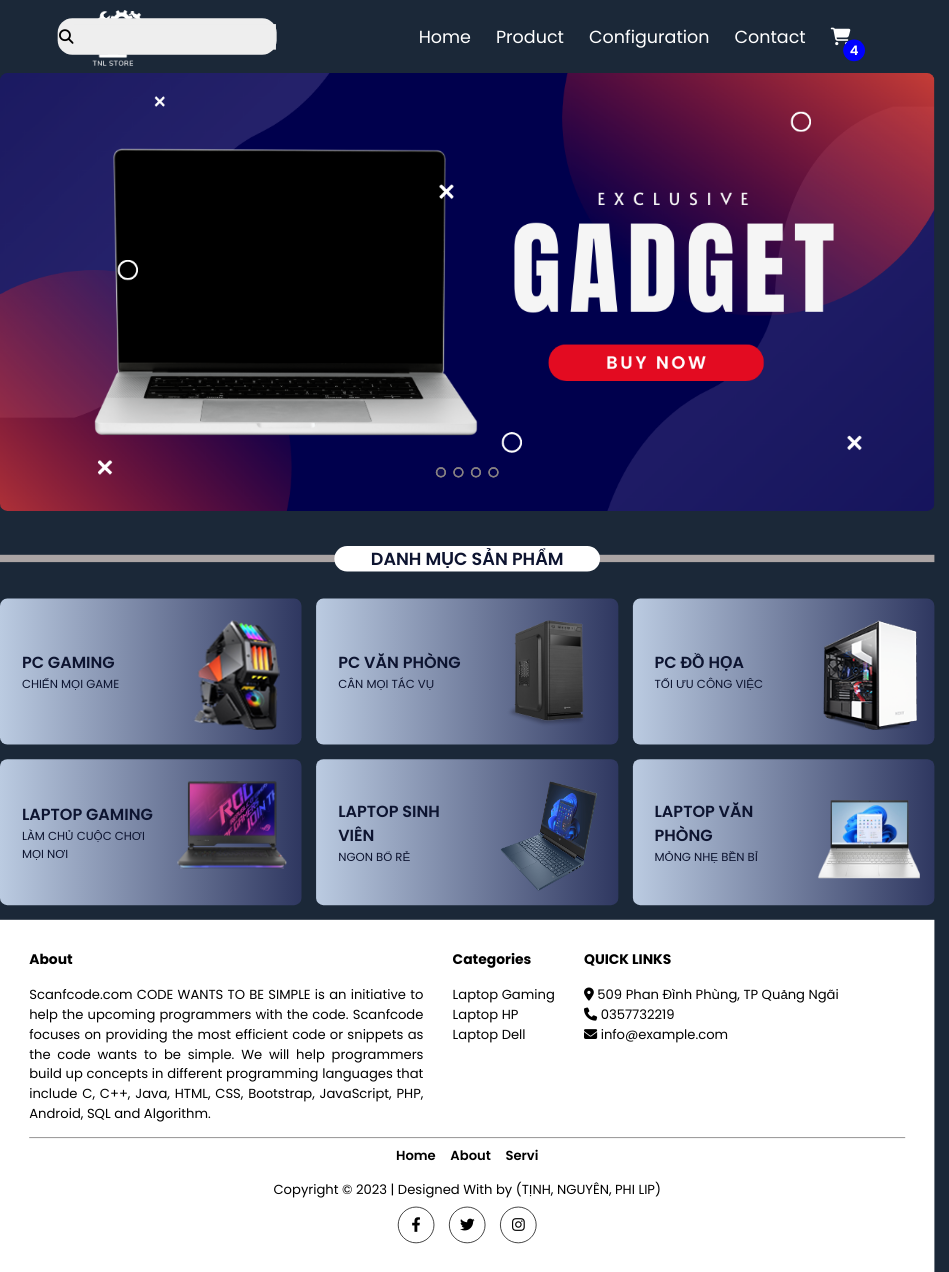
Repository: HPNChanel/DACS
Page: index.html
An editor plug-in stored every save of this project. The page is shown before and after the next save, followed by the edit.
The browser window is 1280 px wide. The page is 1300 px wide, so the pictures cover 1300 px, including what lies to the right of the window. The pictures show the whole page, at 73% of full size.

Above is the page before, as saved 2023-04-13 16:43:45.

After the next save:
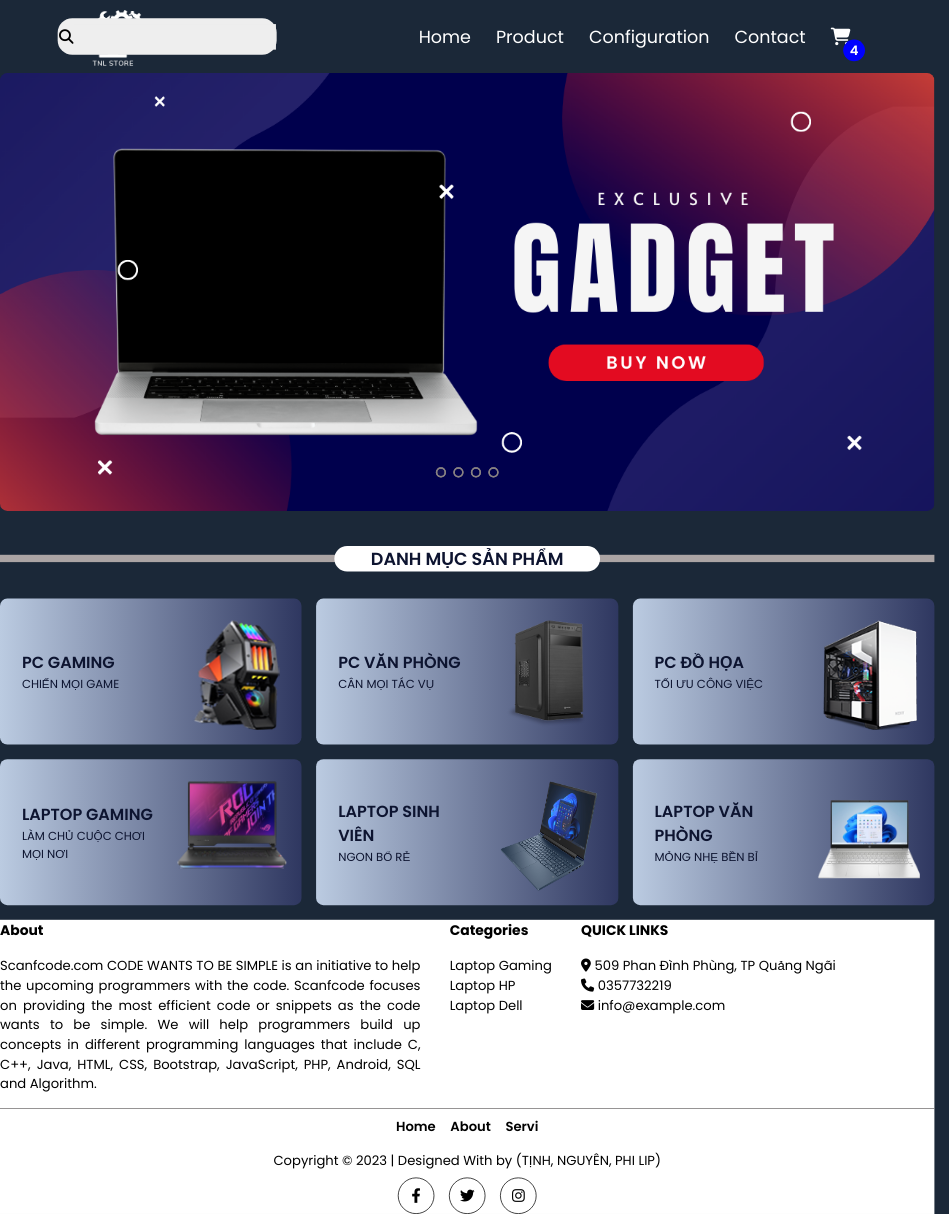
Saved 69 min 52 s later.
--- a/style/main.css
+++ b/style/main.css
@@ -258,7 +258,7 @@
 footer {
     width: 100%;
     background-color: white;
-    padding: 40px;
+    /* padding: 40px; */
 }
 .footer-top {
     display: flex;

After the save that followed:
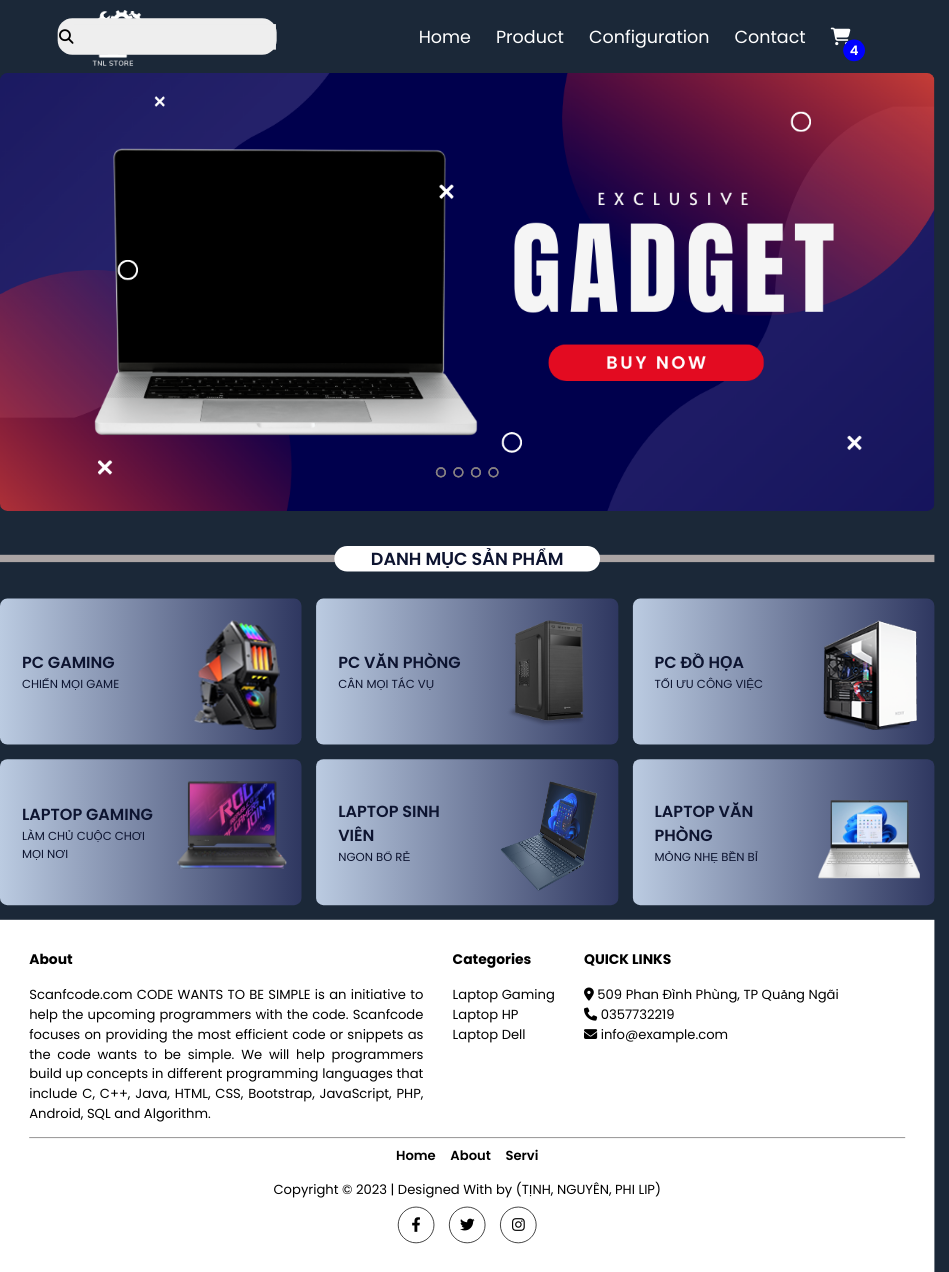
Saved 13 s later.
--- a/style/main.css
+++ b/style/main.css
@@ -258,7 +258,7 @@
 footer {
     width: 100%;
     background-color: white;
-    /* padding: 40px; */
+    padding: 40px;
 }
 .footer-top {
     display: flex;
